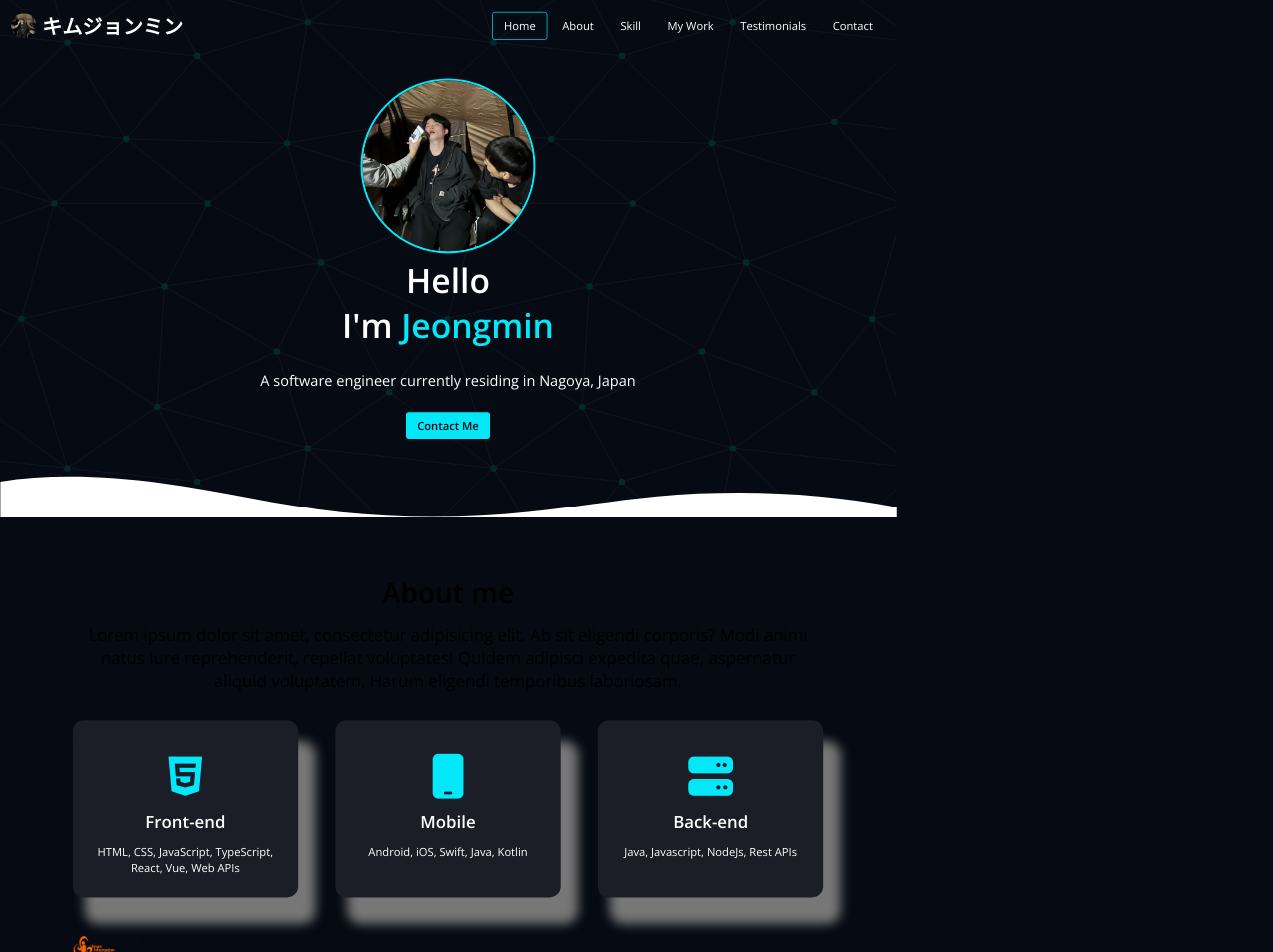
Repository: N1C0N1C0/Portfolio
Page: index.html
The author's editor kept a copy of each file at every save. The page is drawn from the files as they stood at one save, then again after the next save.
The browser window is 1280 px wide. The page is 1819 px wide, so the pictures cover 1819 px, including what lies to the right of the window. The pictures show the part of the page from y = 0 to 1360 px (the page is 4463 px tall), at 70% of full size.
Some web libraries are served in a nearby version.

Above is the page before, as saved 2024-01-03 23:40:03.

After the next save:
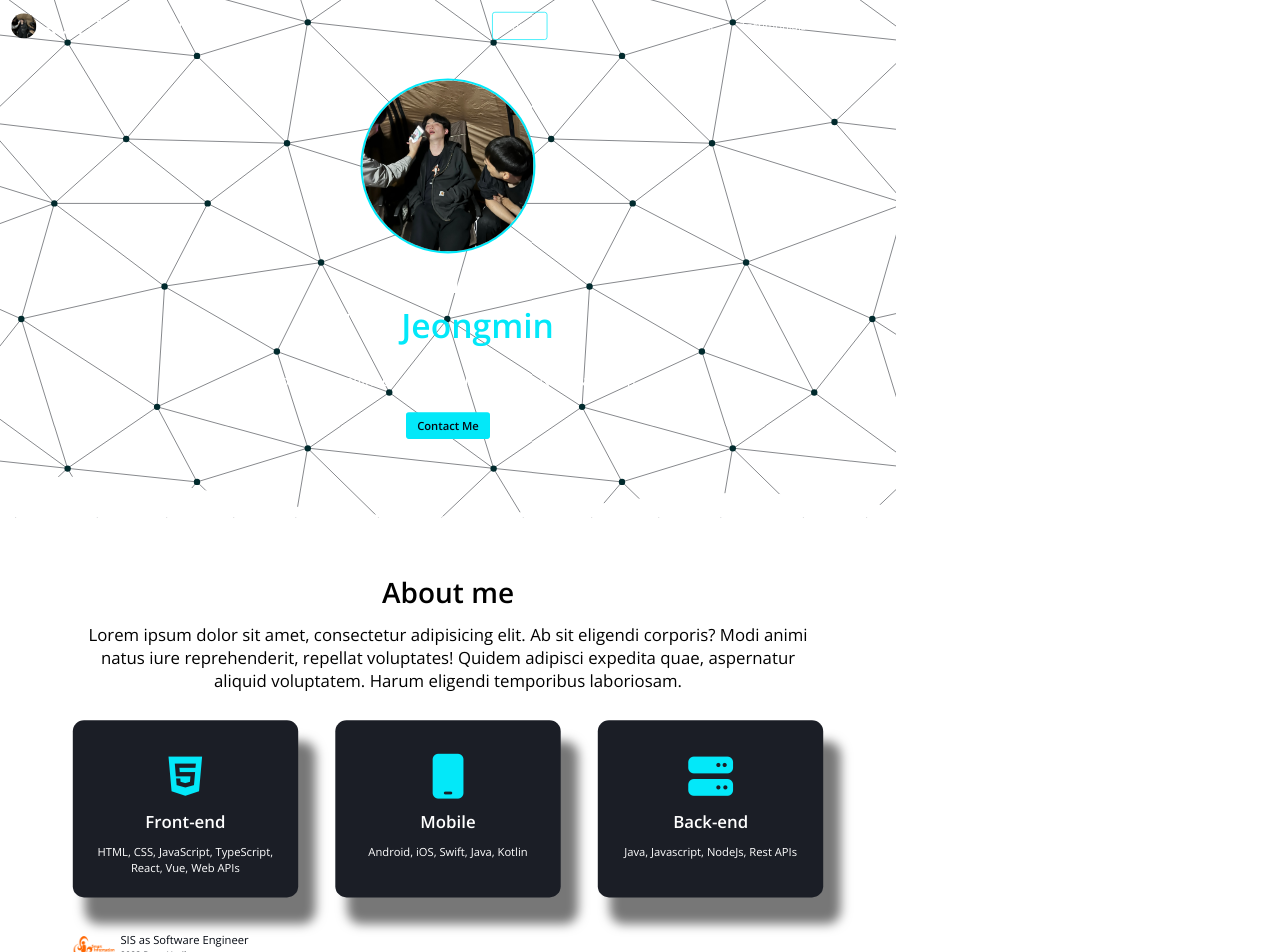
Saved 10 s later.
--- a/css/style.css
+++ b/css/style.css
@@ -10,7 +10,7 @@
     /* Background */
     --home-bg-gradient : linear-gradient(180deg, rgba(5,10,19,1) 0%, rgba(18,48,101,1) 100%);
 
-    background-color: #050A13;
+
     --home-bg-svg: url("data:[embedded picture, 1412 characters]");
 
 
